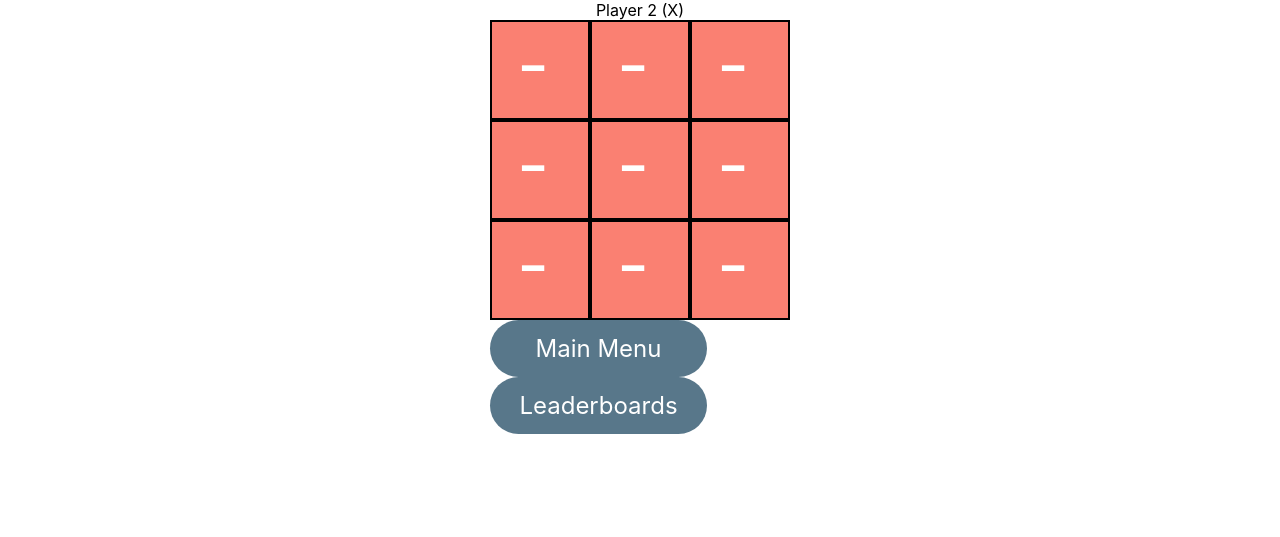
Repository: DawsonGosse/DecisionsGame
Page: /tictacgame (app in web/)
The author's editor kept a copy of each file at every save. The page is drawn from the files as they stood at one save, then again after the next save.
The browser window is 1280 px wide. The pictures show the whole page.
The project was rebuilt for these pictures with package versions that can differ from the ones it lists, and the page was loaded fresh each time. The framework's server and built-in components were replaced by stand-ins that run in the browser. Also part of the build but not shown: web/next.config.js.

Above is the page before, as saved 2022-01-14 12:28:32.

### web/pages/tictacgame.js
import Game from "../comps/TicTacToe/Game"

export default function TicTacToe() {

    return(
<div className="MainCont">
<Game/>
</div>
    )
}

### web/styles/globals.css
html,
body {
  padding: 0;
  margin: 0;
  font-family: -apple-system, BlinkMacSystemFont, Segoe UI, Roboto, Oxygen,
    Ubuntu, Cantarell, Fira Sans, Droid Sans, Helvetica Neue, sans-serif;
}

a {
  color: inherit;
  text-decoration: none;
}

* {
  box-sizing: border-box;
}

/*************** TIC TAC TOE ***************/

.MainCont{
  display: flex;
  flex-direction: column;
  justify-content: center;
  align-items: center;
  height: screen;
}

.square{
  display: flex;
  flex-wrap: wrap;
  width: 300px;
  height:300px;
  background-color: aquamarine;
}

.innerSquares{
  background-color: salmon;
  border: 2px black solid;
  width:100px;
  height:100px;
  position: relative;
}

.placeholder{
  position: absolute;
  font-size: 70px;
  color:white;
  margin-left: 25px;
}

### web/comps/TicTacToe/Game.js
import { useState } from "react"
import styled from "styled-components"
import Square from "./Square"
import Button from "../Button"

// Grid/Playing Field
const INITIAL_GRID = [
    ['-','-','-'],
    ['-','-','-'],
    ['-','-','-'],
]

// Page Layout
const Container = styled.div`
    display:flex;
    margin-top: ;
`


//Setup for turns and ending games
const Game = props=>{
    const [grid, setGrid] = useState(INITIAL_GRID)
    const [turn, setTurn] = useState(Math.random()>0.5?
    false:true);
    const [gameEnd, setGameEnd] = useState(false);
    const [gameWinner, setGameWinner] = useState(null);
    /*
    turn = false => player1 (o)
    turn = true =< player2 (x)
    */


// See if lines has 3 in a row
    const checkLines = (newGrid)=>{
        for(let i=0; i<3; i++){
        let o = 0;
        let x = 0;
            for(let j=0; j<3; j++){
                if(newGrid[i][j] === 'X') x++
                if(newGrid[i][j] === 'O') o++;
            }
            if (x === 3){
              return 'X';
            }
            else if(o === 3){
               return 'O';
            }
        }
        return null;
    }

    // See if columns has 3 in a row
    const checkColumns = (newGrid)=>{
        for(let i=0; i<3; i++){
        let x = 0;
        let o = 0;
            for(let j=0; j<3; j++){
                if(newGrid[j][i] === 'X') x++
                else if(newGrid[j][i] === 'O') o++;
            }
            if (x === 3){
              return 'X';
            }
            if(o === 3){
               return 'O';
            }
        }
        return null;
    }

    // See if both directions of diagonal lines have 3 in a row
    const checkDiagonals = (newGrid)=>{
        // First diagonal
        let x = 0;
        let o = 0;
        for(let i=0; i<3; i++){
            if(newGrid[i][i] === 'X') x++
            if(newGrid[i][i] === 'O') o++;
        }
        if ( x === 3) return 'X'
        else if( o === 3) return 'O';
        // Second diagonal
        x,o = 0;
        for(let i=0; i<3; i++){
            if(newGrid[i][2-i] === 'X') x++
            if(newGrid[i][2-i] === 'O') o++;
        }
        if (x === 3) return 'X';
        else if(o === 3) return 'O';

        return null;

    }


    const setValue = (i,j) =>{
        const newGrid = [...grid];
        if(newGrid[i][j]!='-') return;
        newGrid[i][j] = !turn?'O':'X';
        setGrid(newGrid)
        setTurn(!turn)

        /*
        Who is the winner?
        */

       let winner = null;
       winner = checkLines(newGrid);
       console.log(checkLines(newGrid), checkColumns(newGrid)
       ,checkDiagonals(newGrid))
       if(winner === null)  winner = checkColumns(newGrid);
       if(winner === null)  winner = checkDiagonals(newGrid);

       if(winner){
           setGameEnd(true);
           setGameWinner(winner)
           setGrid(INITIAL_GRID);
        }
    }



    return(
        <>
        {
            gameEnd?(
                <div>
                    the {gameWinner==='X'?'Player 1 (X)':'Player 2 (O)'} Won The Game!
                    </div>
            ):(
                <div>
                    {!turn?"Player 1 (O) :":"Player 2 (X)"}
                </div>
            )
        }
        <Container>
            <div className="square">
                    {
                        grid.map((gLine, i)=>{
                            return(
                                gLine.map((el,j)=>{
                                    return(
                                        <Square
                                        label = {el}
                                        i={i}
                                        j={j}
                                        setValue={setValue}
                                        />
                                    )
                                })
                            )
                        })
                    }
                    <Button text="Main Menu" routeTo="/"></Button>
                    <Button text="Leaderboards" routeTo="/leaderboard"></Button>
                    <br></br>
            </div>
            </Container>
        </>
    )
}

export default Game;

### web/comps/TicTacToe/Square.js
import React from "react";
import styled from "styled-components";


const Square = ({label,i,j,setValue})=>{
    return(

        <div className="innerSquares" onClick={()=>setValue(i,j)}>
            <div className="placeholder">
                {label}
            </div>
        </div>
    )
}

export default Square;

### web/comps/Button/index.js
import React from 'react';
import styled from 'styled-components';
import {useRouter} from 'next/router';

const Container = styled.div`
    display: flex;
    justify-content: center;
    align-items: center;
    width: 217px;
    height: 57px;
    background-color: ${props=>props.bgcolor};
    border-radius: 28.5px;
`

const TextCont = styled.div`
    font-size: 24px;
    color: #FFFFFF;
    text-align: center;
`

const Button = ({
    bgcolor='#58778A',
    text="Start Game",
    routeTo="/rpsgame",

}) => {

    const router = useRouter();

    return <Container bgcolor={bgcolor} onClick={()=>router.push(routeTo)}>
        <TextCont>{text}</TextCont>
    </Container>
}

export default Button;

Loaded but not shown: web/pages/_app.js (common file)

After the next save:
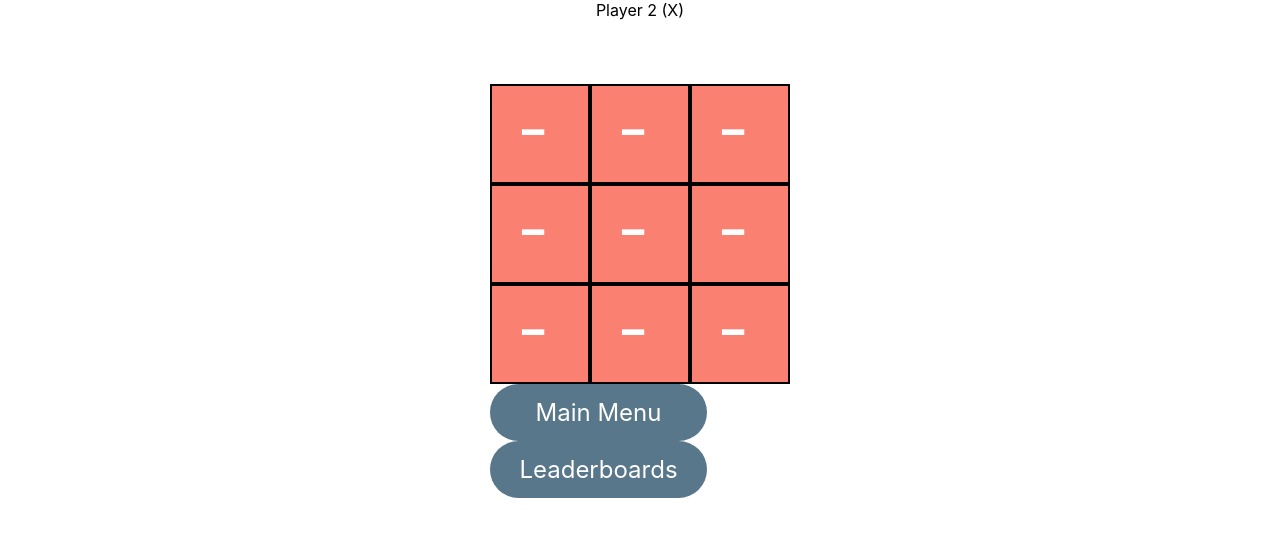
Saved 4 s later.
--- a/web/comps/TicTacToe/Game.js
+++ b/web/comps/TicTacToe/Game.js
@@ -13,7 +13,7 @@ const INITIAL_GRID = [
 // Page Layout
 const Container = styled.div`
     display:flex;
-    margin-top: ;
+    margin-top: 5%;
 `
 
 
